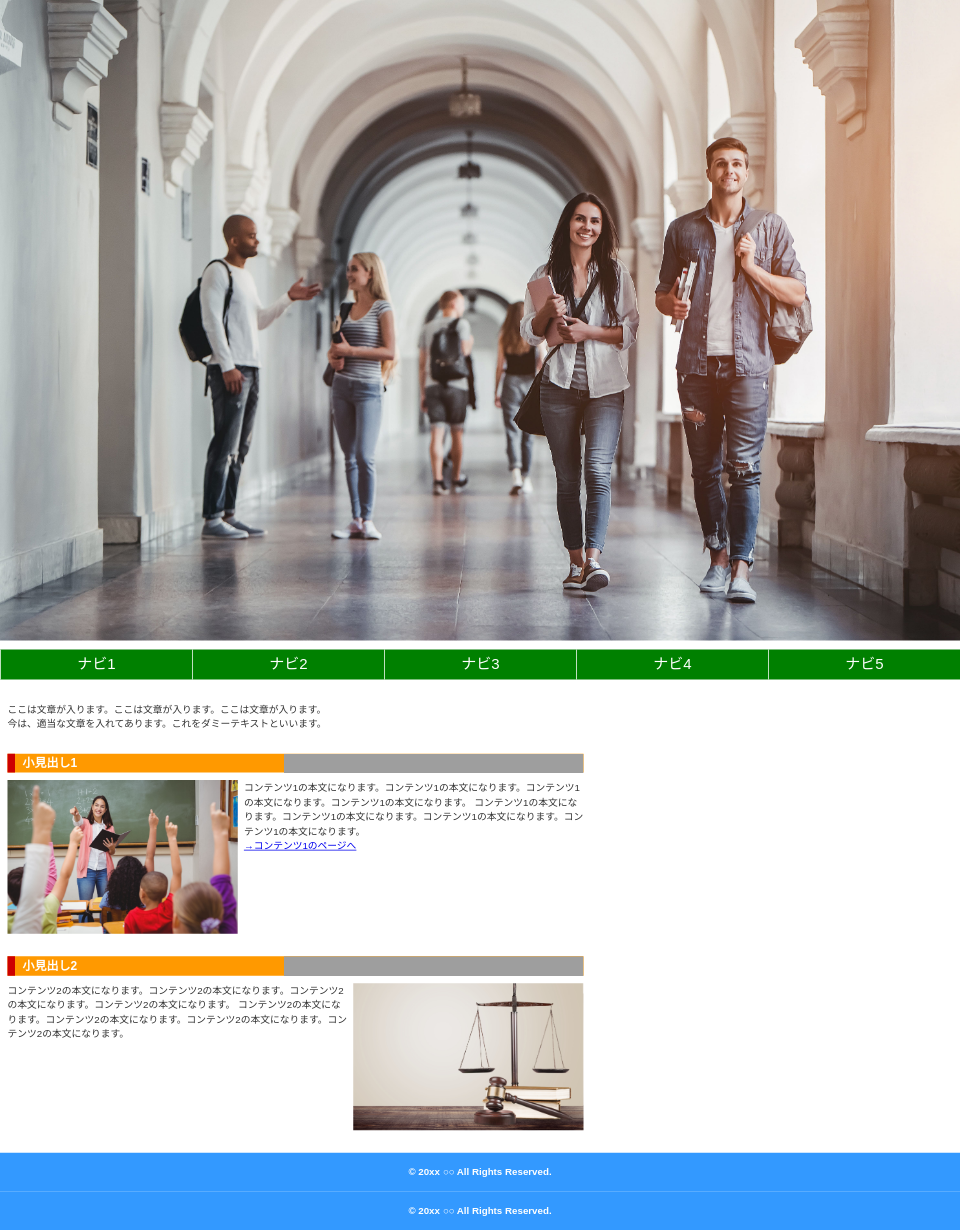
Repository: fam100/samurai_HTML-CSS
Page: home.html
The author's editor kept a record of every edit. The page is drawn from the files as they stood at one moment, then again after the next edit.
The browser window is 1280 px wide. The pictures show the whole page, at 75% of full size.
Pictures or frames that could not be fetched are drawn as grey boxes.

Above is the page before.

### home.html
<!DOCTYPE html>
<html lang="ja">

<head>
    <meta charset="UTF-8">
    <title>HTNL/CSSの学習</title>
    <link rel="stylesheet" href="stylesheet.css">
</head>

<body>
    <div id="header">
        <h1><a href="index.html"><img id="corridor" src="images/corridor.jpg" alt="大学の廊下" /></a></h1>
    </div>
    <div id="wrapper">
        <div id="nav">
            <ul>
                <li><a href="home.html">ナビ1</a></li>
                <li><a href="#">ナビ2</a></li>
                <li><a href="#">ナビ3</a></li>
                <li><a href="#">ナビ4</a></li>
                <li><a href="#">ナビ5</a></li>
            </ul>
        </div>
        <div id="container">
            <div id="main">
                <div class="post">
                    <p>ここは文章が入ります。ここは文章が入ります。ここは文章が入ります。<br />今は、適当な文章を入れてあります。これをダミーテキストといいます。</p>
                </div>
                <div class="post clearfix">
                    <h2>小見出し1</h2>
                    <img class="left" src="images/classroom.jpg" alt="授業風景" />
                    <p>
                        コンテンツ1の本文になります。コンテンツ1の本文になります。コンテンツ1の本文になります。コンテンツ1の本文になります。 コンテンツ1の本文になります。コンテンツ1の本文になります。コンテンツ1の本文になります。コンテンツ1の本文になります。
                    </p>
                    <p><a href="#">→コンテンツ1のページへ</a></p>
                </div>
                <div class="post clearfix">
                    <h2>小見出し2</h2>
                    <img class="right" src="images/scale.jpg" alt="天秤" />
                    <p>
                        コンテンツ2の本文になります。コンテンツ2の本文になります。コンテンツ2の本文になります。コンテンツ2の本文になります。 コンテンツ2の本文になります。コンテンツ2の本文になります。コンテンツ2の本文になります。コンテンツ2の本文になります。
                    </p>
                </div>
            </div>

        </div>
    </div>
    <div id="footer">
        <p>&copy; 20xx ○○ All Rights Reserved.</p>
    </div>
</body>

</html>
</div>
<div id="footer">
    <p>&copy; 20xx ○○ All Rights Reserved.</p>
</div>
</body>

</html>

### stylesheet.css
@charset"utf-8";

body {
    margin: 0;
    padding: 0;
    font-family: "ヒラギノ角ゴ　Pro W3", "Hiragino Kaku Gothic Pro", "メイリオ", Meiryo, Osaka, "MS PGothic", sans-serif;
    color: #333;
    font-size: 13px;
    line-height: 150%;
}

/* -------------------- wrapper -------------------- */

#wrapper {
    width: 100%;
    margin: auto;
    padding: 0px;
    background-color: #FFF;
    top: 10px;
    position: relative;
}

/* -------------------- header -------------------- */

#header {
    width: 100%;

}

#header h1 {
    margin: 0;
    padding: 0;

}

#corridor {
    width: 100%;
    height: auto;

}

/* -------------------- footer -------------------- */

#footer {
    clear: both;
    width: 100%;
    padding: 3px 0 3px 0;
    background: #39F;
    color: #FFF;
    font-weight: bold;
    text-align: center;
}

/* -------------------- nav -------------------- */

#nav {
    width: 100%;
}

#nav ul {
    margin: 0;
    padding: 0;
    list-style-type: none;
}

#nav ul li {
    float: left;
    width: 20%;
    text-align: center;
}

#nav ul li a {
    display: block;
    height: 20px;
    margin: 0;
    padding: 10px;
    color: #FFF;
    font-size: 20px;
    text-decoration: none;
    background-color: green;
    border-left: 1px solid white;
}

/* -------------------- container -------------------- */

#container {
    width: 100%;
    margin: auto;
    padding: auto;
    padding-top: 20px;
    clear: both;
}

/* -------------------- main -------------------- */

#main {
    float: left;
    width: 60%;
    padding: 10px 30px 10px 10px;
}

#main h2 {
    margin: 0 0 10px 0;
    padding: 3px 10px 3px 10px;
    color: #FFF;
    font-size: 16px;
    border-left: solid 10px #C00;
    background: #F90 url(../images/main_h2.jpg) right top repeat-y;
}

#main p {
    margin: 0;
    padding: 0;
}

#main .post {
    margin: 0 0 30px 0;
}

#main .post img.right {
    margin: 0 0 0 8px;
}

#main .post img.left {
    margin: 0 8px 0 0;
}

.right {
    float: right;
    width: 40%;
    height: auto;
}

.left {
    float: left;
    width: 40%;
    height: auto;
}

/* -------------------- clearfix -------------------- */

.clearfix {
    zoom: 1;
}

.clearfix:after {
    content: "";
    display: block;
    clear: both;
}

/* -------------------- side -------------------- */
 #side {
 	 float: right;
 	 width: 30%;
 	 padding: 20px;
 	 background-color: #F99;
 }
 #side .box {
 	 margin: 0 auto 30px auto;
 	 padding: 0 0 20px 0;
 	 background: url(images/side_box.png) bottom no-repeat;
 }
 #side .box h2 {
 	 margin: 0;
 	 padding: 8px;
 	 text-align: center;
 	 color: #fff;
 	 font-size: 16px;
 	 line-height: 16px;
 	 font-weight: normal;
 	 background: url(images/side_box_h2.png) center no-repeat;
 }
 #side .box .boxBody {
 	 padding: 8px;
 	 border-right: solid 1px #C36;
 	 border-bottom: solid 1px #C36;
 	 border-left: solid 1px #C36;
 	 background: #fff;
 }
 #side .box .boxBody ul {
 	 margin: 0 0 16px 0;
 	 padding: 0;
 }
 #side .box .boxBody ul li {
 	 padding: 8px 0 8px 4px;
 	 list-style: none;
+ 	 border-bottom: solid 1px #C36;
+ }

After the next edit:
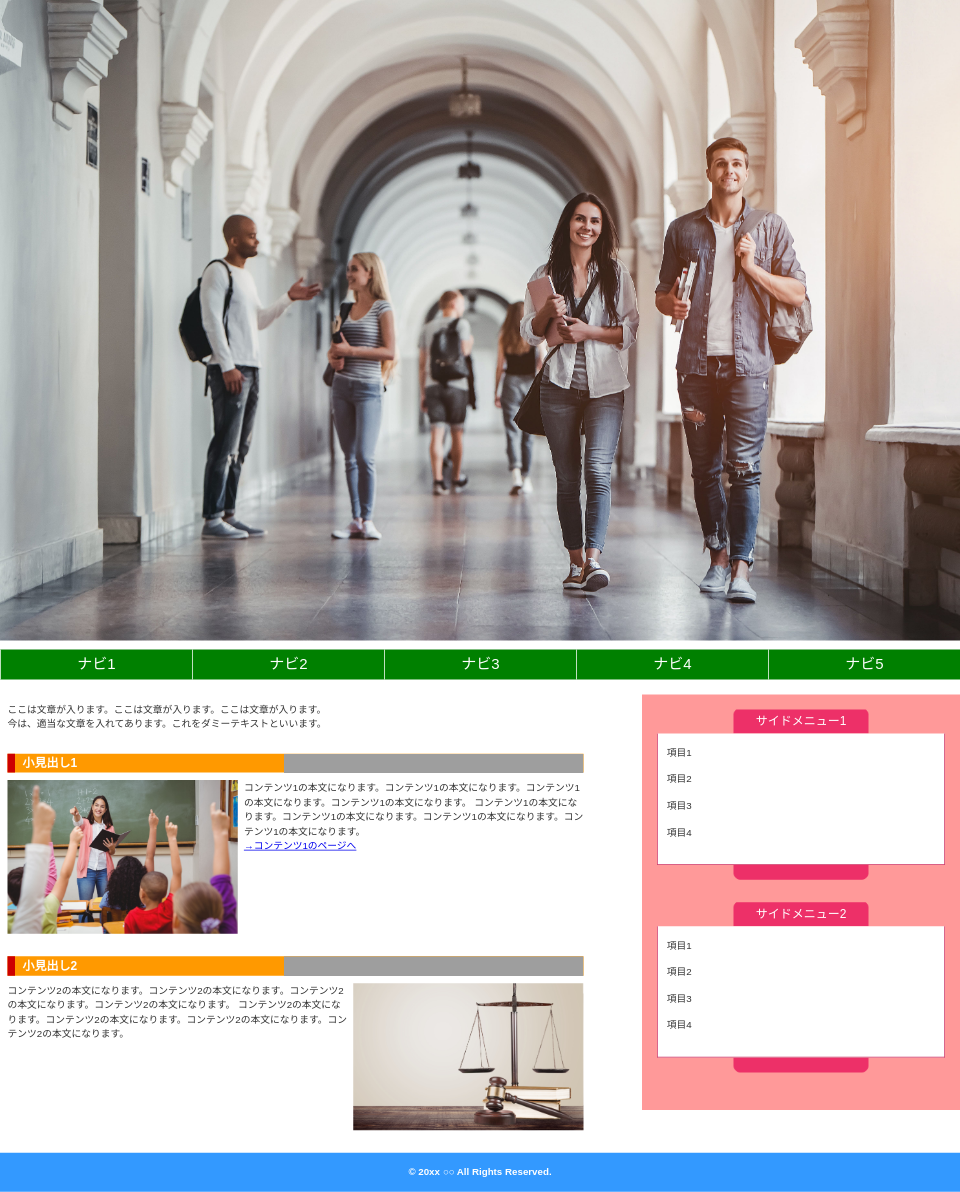
The edit:
--- a/home.html
+++ b/home.html
@@ -3,7 +3,7 @@
 
 <head>
     <meta charset="UTF-8">
-    <title>HTNL/CSSの学習</title>
+    <title>HTML/CSSの学習</title>
     <link rel="stylesheet" href="stylesheet.css">
 </head>
 
@@ -42,7 +42,30 @@
                     </p>
                 </div>
             </div>
-
+            <div id="side">
+                <div class="box">
+                    <h2>サイドメニュー1</h2>
+                    <div class="boxBody">
+                        <ul>
+                            <li>項目1</li>
+                            <li>項目2</li>
+                            <li>項目3</li>
+                            <li>項目4</li>
+                        </ul>
+                    </div>
+                </div>
+                <div class="box">
+                    <h2>サイドメニュー2</h2>
+                    <div class="boxBody">
+                        <ul>
+                            <li>項目1</li>
+                            <li>項目2</li>
+                            <li>項目3</li>
+                            <li>項目4</li>
+                        </ul>
+                    </div>
+                </div>
+            </div>
         </div>
     </div>
     <div id="footer">
@@ -51,10 +74,3 @@
 </body>
 
 </html>
-</div>
-<div id="footer">
-    <p>&copy; 20xx ○○ All Rights Reserved.</p>
-</div>
-</body>
-
-</html>
